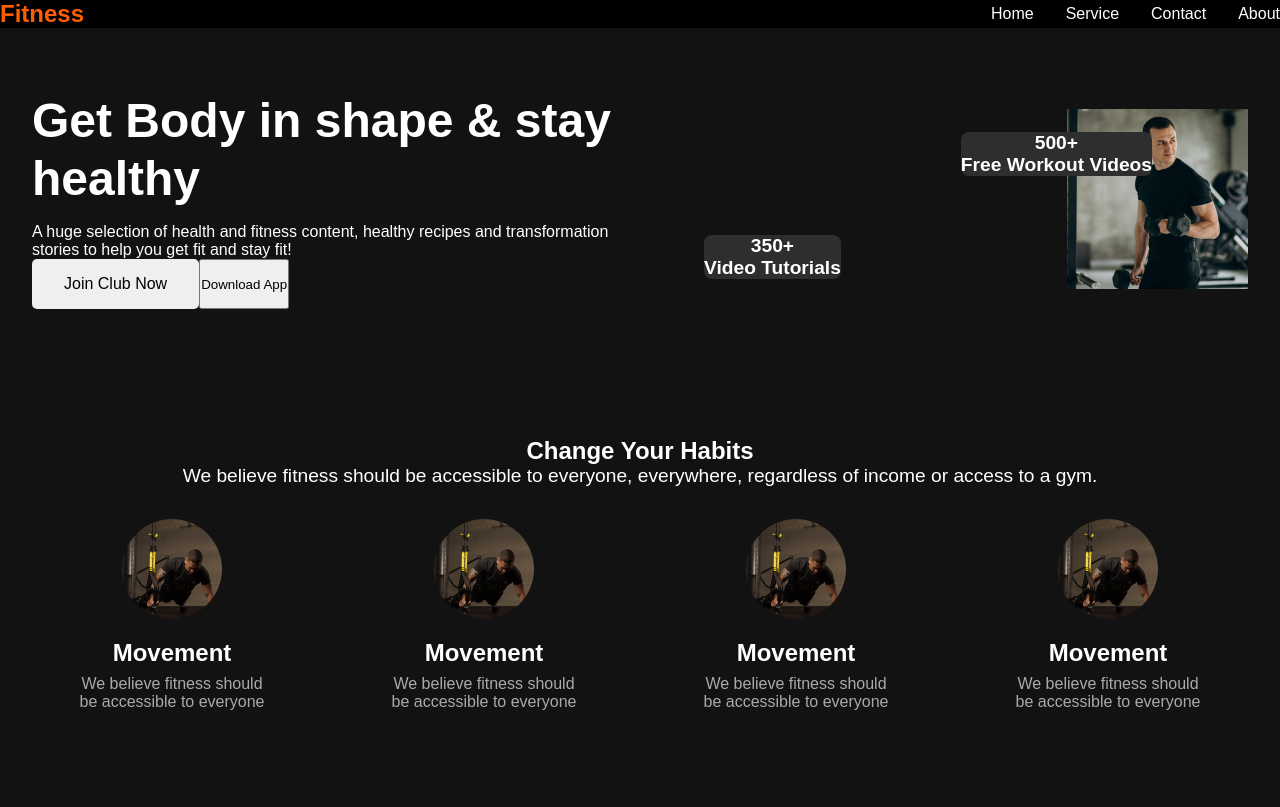
Repository: Aminul-Islam85/Assignment-2
Page: index.html
The author's editor kept a copy of each file at every save. The page is drawn from the files as they stood at one save, then again after the next save.
The browser window is 1280 px wide. The pictures show the whole page.

Above is the page before, as saved 2024-10-23 15:34:00.

After the next save:
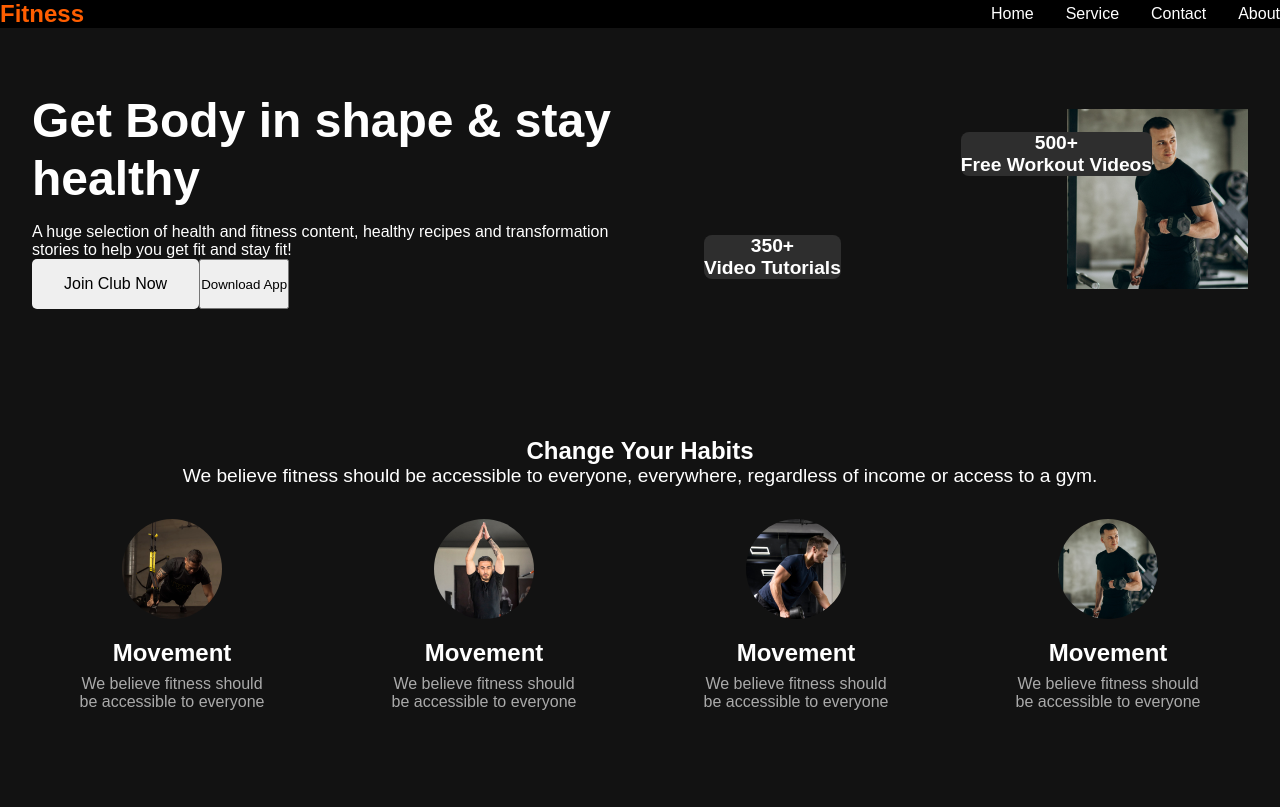
Saved 75 s later.
--- a/index.html
+++ b/index.html
@@ -50,17 +50,17 @@
                 <p>We believe fitness should be accessible to everyone</p>
             </div>
             <div class="habit-item">
-                <img src="images/image 3.png" alt="Movement">
+                <img src="images/image 2.png" alt="Time">
                 <h3>Movement</h3>
                 <p>We believe fitness should be accessible to everyone</p>
             </div>
             <div class="habit-item">
-                <img src="images/image 3.png" alt="Movement">
+                <img src="images/image 4.png" alt="Practice">
                 <h3>Movement</h3>
                 <p>We believe fitness should be accessible to everyone</p>
             </div>
             <div class="habit-item">
-                <img src="images/image 3.png" alt="Movement">
+                <img src="images/image 5.png" alt="Wait Loss">
                 <h3>Movement</h3>
                 <p>We believe fitness should be accessible to everyone</p>
             </div>
